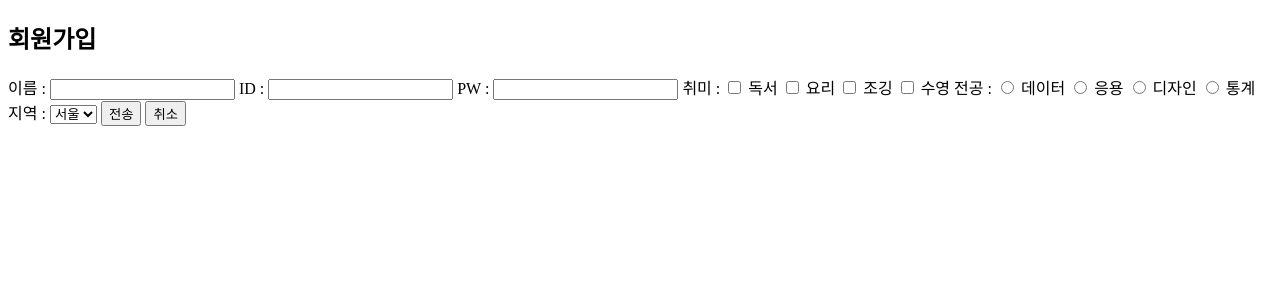
Repository: xxihyun0830/JSP
Page: http://localhost/Day3_getpost/join.jsp
An editor plug-in stored every save of this project. The page is shown before and after the next save, followed by the edit.
The browser window is 1280 px wide. The pictures show the whole page.
The page is served by Tomcat 9. Other server files are loaded and not shown.

Above is the page before, as saved 2019-07-11 04:49:32.

### Day3_getpost/WebContent/join.jsp
<%@ page language="java" contentType="text/html; charset=utf-8"
    pageEncoding="utf-8"%>
<!DOCTYPE html>
<html>
<head>
<meta charset="utf-8">
<title>가입창_내가 하는 실습</title>
</head>
<body>
<h2>회원가입</h2>
<tr>
<form action = "JoinOk" method = "get">
이름 : <input type = "text" name = "name" >
ID : <input type = "text" name = "id">
PW : <input type = "password" name = "pw">
취미 : <input type = "checkbox" name = "hobby" value = "reading"> 독서
      <input type = "checkbox" name = "hobby" value = "cooking"> 요리
      <input type = "checkbox" name = "hobby" value = "jogging"> 조깅
      <input type = "checkbox" name = "hobby" value = "swimming"> 수영
전공 : <input type = "radio" name = "major" value = "DataTech"> 데이터
      <input type = "radio" name = "major" value = "응용"> 응용
      <input type = "radio" name = "major" value = "design"> 디자인
      <input type = "radio" name = "major" value="statics"> 통계
지역 : <select name = "region">
      <option value = "Seoul"> 서울
      <option value = "Deagu"> 대구
      <option value = "Gwangju"> 광주
      <option value = "Busan"> 부산
</select>

<input type = "submit" value = "전송">
<input type = "submit" value = "취소">
</form>



</body>
</html>

After the next save:
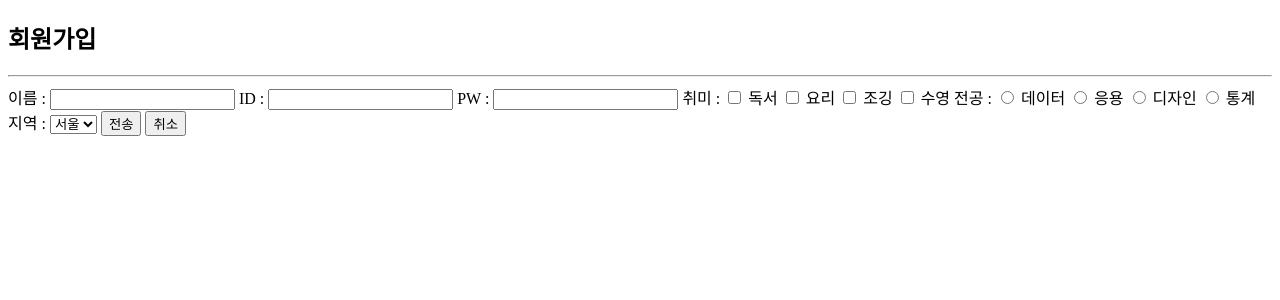
Saved 9 min 23 s later.
--- a/Day3_getpost/WebContent/join.jsp
+++ b/Day3_getpost/WebContent/join.jsp
@@ -7,8 +7,8 @@
 <title>가입창_내가 하는 실습</title>
 </head>
 <body>
-<h2>회원가입</h2>
-<tr>
+<h2>회원가입</h2> <hr>
+
 <form action = "JoinOk" method = "get">
 이름 : <input type = "text" name = "name" >
 ID : <input type = "text" name = "id">
